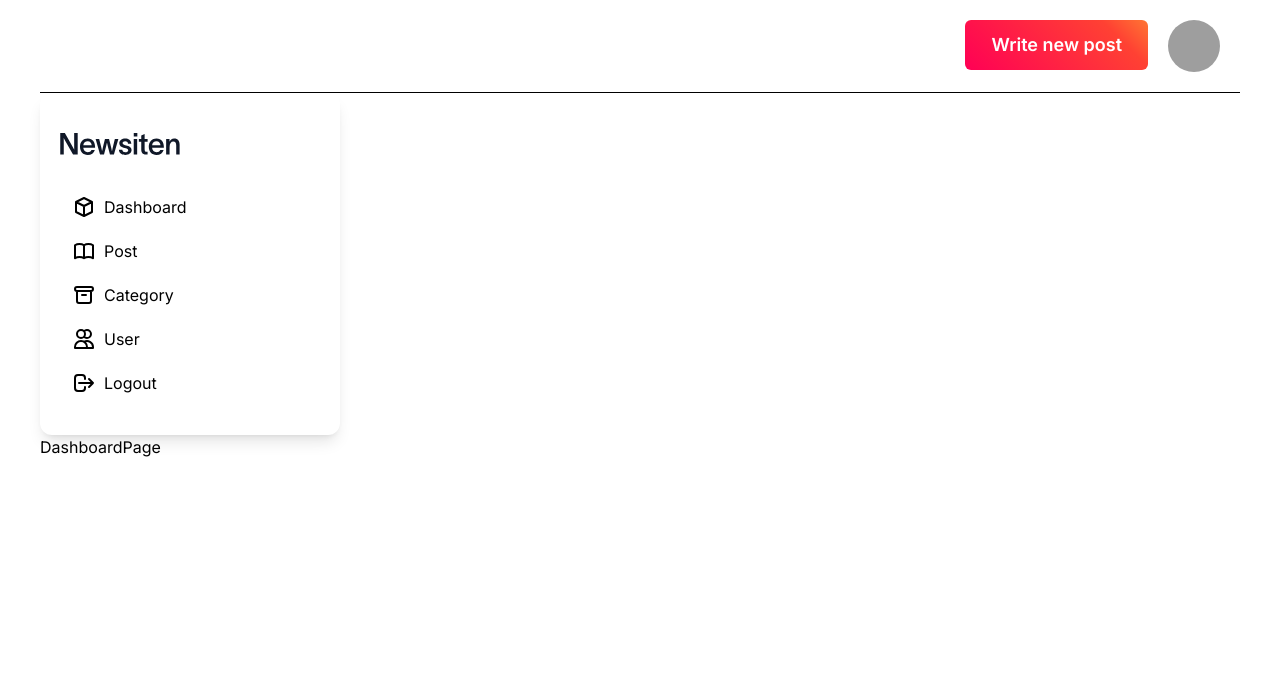
Repository: BrianPhamDev/Blog-App
Page: /dashboard
These files come from the project's save history. The page is drawn as it stood at one moment and after the next save; the edit follows.
The browser window is 1280 px wide. The pictures show the whole page.
Pictures or frames that could not be fetched are drawn as grey boxes. The project was rebuilt for these pictures with package versions that can differ from the ones it lists, and the page was loaded fresh each time. Also part of the build but not shown: src/pages/signUpPage/signUpPage.scss, src/components/label/label.scss, src/components/label/Label.js, src/components/input/input.scss, src/components/input/Input.js, src/components/input/InputPasswordToggle.js, src/components/input/index.js, src/pages/authenticationPage/authenticationPage.scss and 23 more. Imported but missing from the stored project, and not drawn on this page: src/components/icons.

Above is the page before, as saved 2023-08-02 20:47:16.

After the next save:
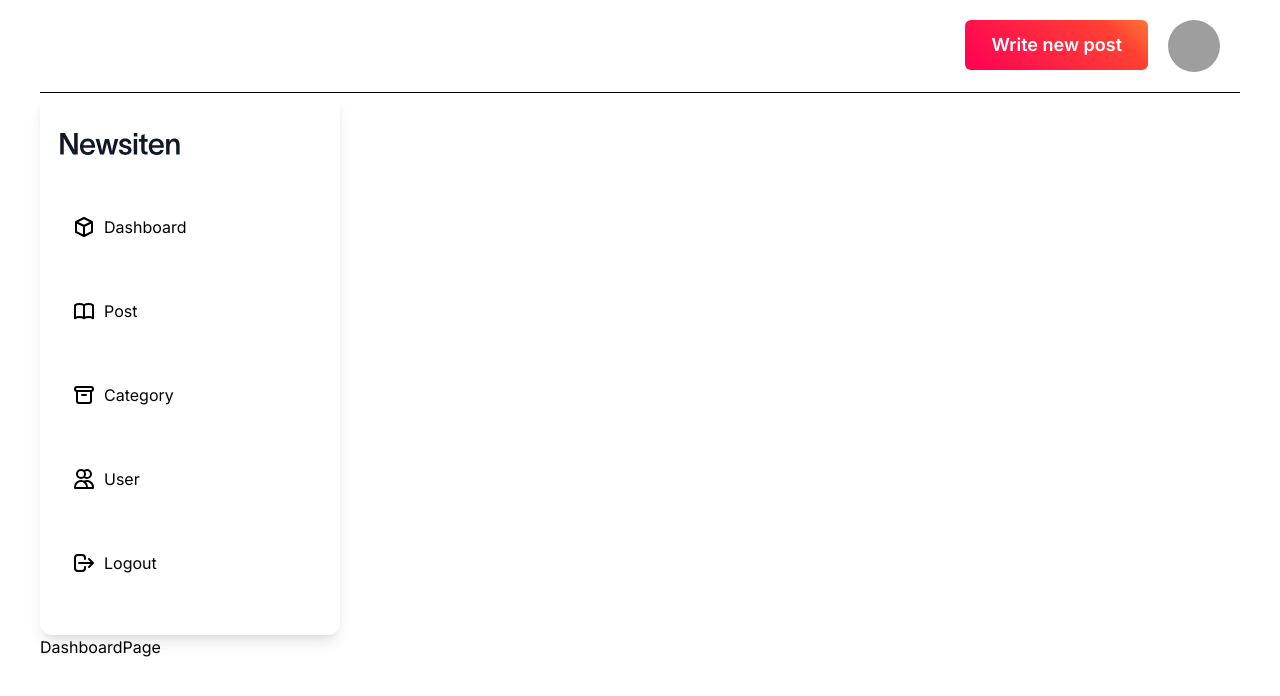
Saved 9 s later.
--- a/src/module/dashboard/Sidebar.js
+++ b/src/module/dashboard/Sidebar.js
@@ -115,7 +115,7 @@ const Sidebar = ({ children }) => {
         <NavLink
           key={item.url}
           to={item.url}
-          className="menu-item flex gap-2 items-center px-3"
+          className="menu-item flex gap-2 items-center px-3 py-5"
         >
           <div className="menu-icon">{item.icon}</div>
           <div className="menu-title0.">{item.title}</div>
